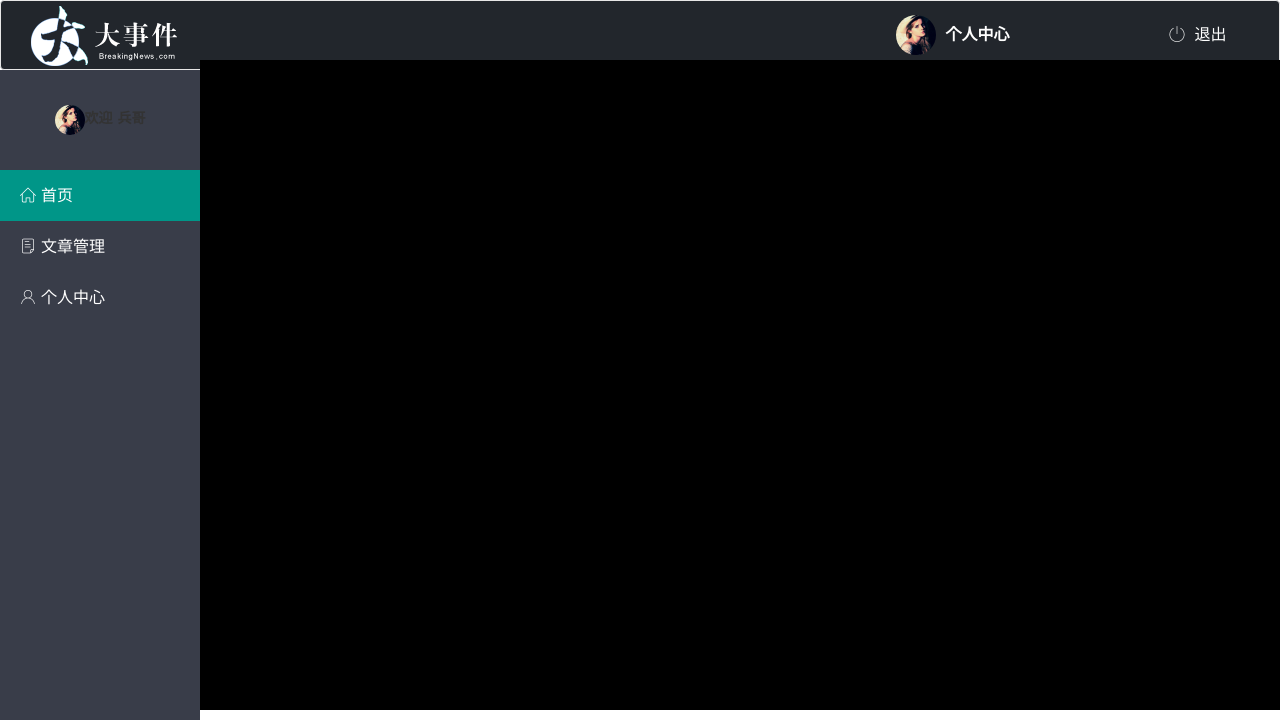
Repository: pursuit-YHP/project_dashijian
Page: index.html
These files come from the project's save history. The page is drawn as it stood at one moment and after the next save; the edit follows.
The browser window is 1280 px wide. The pictures show the whole page.
The style sheet was rebuilt from its Sass, Less or Tailwind sources for each picture, by a compiler version that may differ from the author's.

Above is the page before, as saved 2022-03-13 20:45:25.

### index.html
<!DOCTYPE html>
<html lang="en">

<head>
    <meta charset="UTF-8">
    <meta http-equiv="X-UA-Compatible" content="IE=edge">
    <meta name="viewport" content="width=device-width, initial-scale=1.0">
    <title>Document</title>
    <link rel="stylesheet" href="./assets/lib/bootstrap.css">
    <link rel="stylesheet" href="./assets/css/index.css">
    <link rel="stylesheet" href="./assets/fonts/iconfont.css">
</head>

<body>
    <!-- 头部 -->
    <nav class="navbar navbar-default">
        <div class="container-fluid">
            <div class="navbar-header">
                <a class="navbar-brand" href="#">
                    <img alt="Brand" src="./assets/images/logo.png">
                </a>
            </div>
            <div class="setting">
                <div class="tx_zoom">
                    <div class="touxiang"></div>
                    <label class="myzoon">个人中心</label>
                </div>
                <div class="unlogin">
                    <span class="iconfont icon-tuichu"></span>
                    <span>退出</span>
                </div>
            </div>
        </div>

    </nav>
    <!-- 侧边导航栏 -->
    <aside>
        <div class="aside_head">
            <span></span>
            <label for="">欢迎 </label>
            <label for="" style="margin-left: 5px;"> 兵哥</label>
        </div>
        <div class="aside_body">
            <ul>
                <li class="current_li">
                    <a href="javascript:;"><span class="iconfont icon-home"></span>首页</a>
                </li>
                <li><a href="javasecipt:;"><span class="iconfont icon-16"></span>文章管理</a></li>
                <ul>
                    <li><a href=""><span class="iconfont icon-16"></span>文章类别</a></li>
                    <li><a href=""><span class="iconfont icon-16"></span>文章列表</a></li>
                    <li><a href=""><span class="iconfont icon-16"></span>发表文章</a></li>
                </ul>
                <li><a href="javasecipt:;"><span class="iconfont icon-user"></span>个人中心</a></li>
                <ul>
                    <li><a href=""><span class="iconfont icon-16"></span>基本资料</a></li>
                    <li><a href=""><span class="iconfont icon-16"></span>更换头像</a></li>
                    <li><a href=""><span class="iconfont icon-16"></span>重置密码</a></li>
                </ul>
            </ul>
        </div>
    </aside>
    <!-- 中心区域 -->
    <main>

    </main>
</body>

</html>

### assets/css/index.less
*{
    padding: 0;
    margin: 0;
}
a{
    text-decoration: none;
    color: white;
}

a:link {
    color: white;
    text-decoration: none;
}
/*已经访问过的链接*/
a:visited {
    text-decoration: none;
    color: white;
}
/*鼠标划过(停留)的链接*/
a:hover {
    color: white;
    text-decoration: none;
}
/* 正在点击的链接*/
a:active {
    color: white;
    text-decoration: none;
}
.navbar-default{
    height: 70px;
    background-color: rgba(34, 38, 44)!important;

    img{
        margin-left: 15px;
        margin-top: -10px;
    }
}
.setting{
    width: 30%;
    height: 100%;
    position: absolute;
    top: 0;
    right: 0;
    display: flex;
    align-items: center;
    justify-content: space-around;
}
.tx_zoom{
    flex:1;
    display: flex;
    align-items: center;
}
.touxiang{
    display: inline-block;
    width: 40px;
    height: 40px;
    border-radius: 50%;
    background: url(../images/sample.jpg) no-repeat center;
    background-size: 40px auto;
}
.myzoon{
    display: inline-block;
    margin-left: 10px;
    color: white;
    font-size: 16px;
    margin-bottom: 0;
}
.unlogin{
    width: 80px;
    margin-right: 30px;
    color: white;
    font-size: 16px;
}

aside{
    position: fixed;
    left: 0;
    top: 70px;
    width: 200px;
    height: 100%;
    background-color: #393D49;
}
.aside_head{
    width: 100%;
    height: 100px;
    line-height: 100px;
    text-align: center;
    display: flex;
    align-items: center;
    justify-content: center;
    span{
        display: inline-block;
        width: 30px;
        height: 30px;
        border-radius: 50%;
        background: url(../images/sample.jpg) no-repeat center;
        background-size: 30px;
    }
}
.aside_body{
    li{
        padding: 15px 20px;
        font-size: 16px;
        line-height: 20px;
    }
    >ul ul{
        display: none;
        li{
            padding-left: 30px;
        }
    }
}

.iconfont{
    margin-right: 5px;
}
.current_li{
    background-color: rgba(0, 150, 136);
}
main{
    width: calc(100% - 200px);
    height: calc(100% - 70px);
    position: fixed;
    top: 60px;
    left: 200px;
    background-color: black;
}

Loaded but not shown: assets/lib/bootstrap.css (library); assets/fonts/iconfont.css (common file)

After the next save:
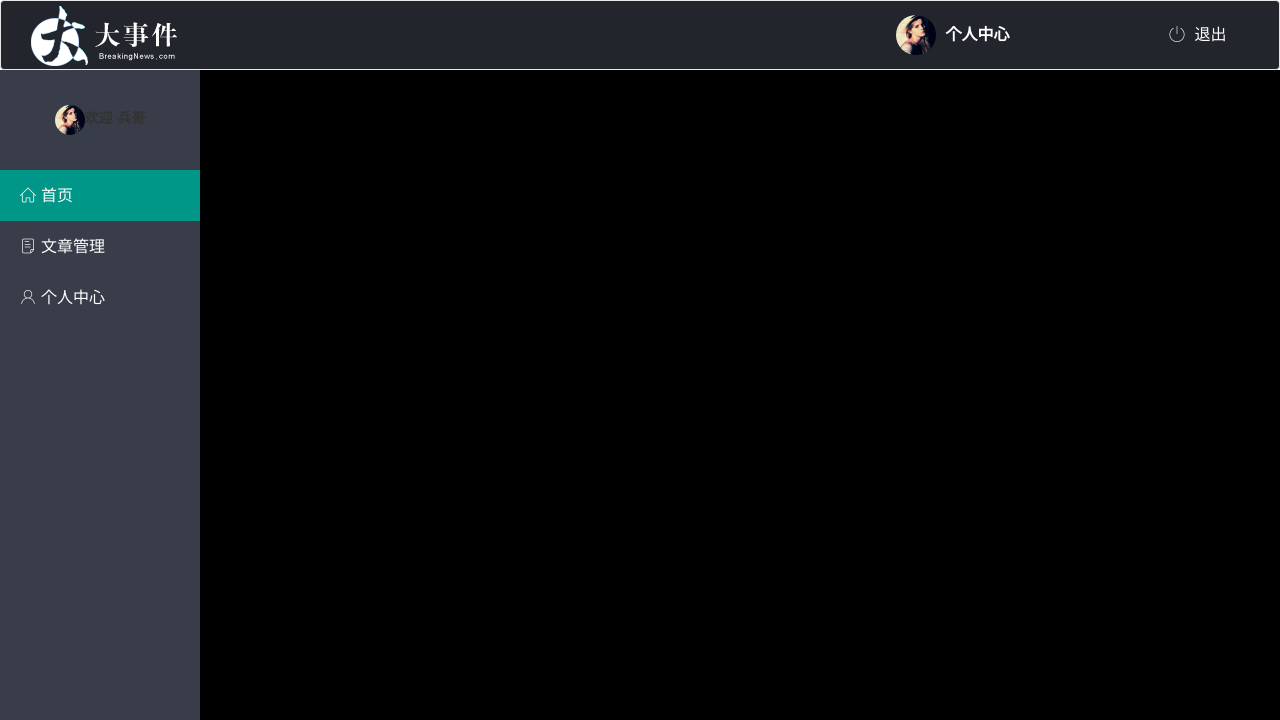
Saved 41 s later.
--- a/assets/css/index.less
+++ b/assets/css/index.less
@@ -121,7 +121,7 @@ main{
     width: calc(100% - 200px);
     height: calc(100% - 70px);
     position: fixed;
-    top: 60px;
+    top: 70px;
     left: 200px;
     background-color: black;
 }
